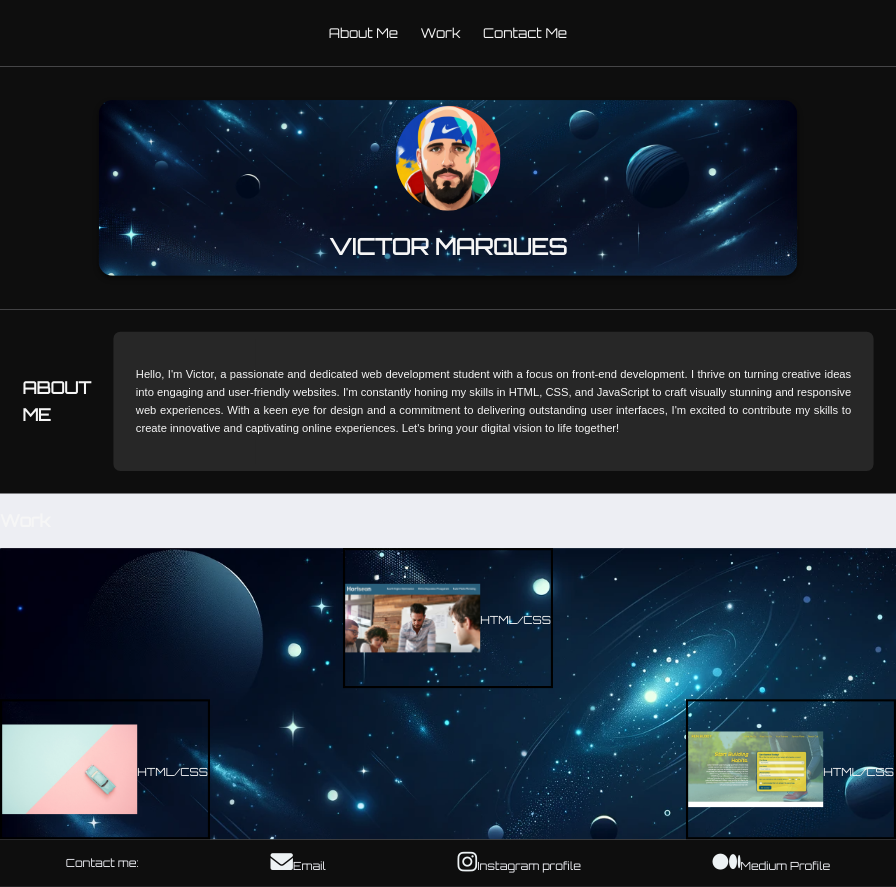
Repository: uvee35/Challenge2-Victor
Page: index.html
An editor plug-in stored every save of this project. The page is shown before and after the next save, followed by the edit.
The browser window is 1280 px wide. The pictures show the whole page, at 70% of full size.

Above is the page before, as saved 2023-12-12 22:31:56.

After the next save:
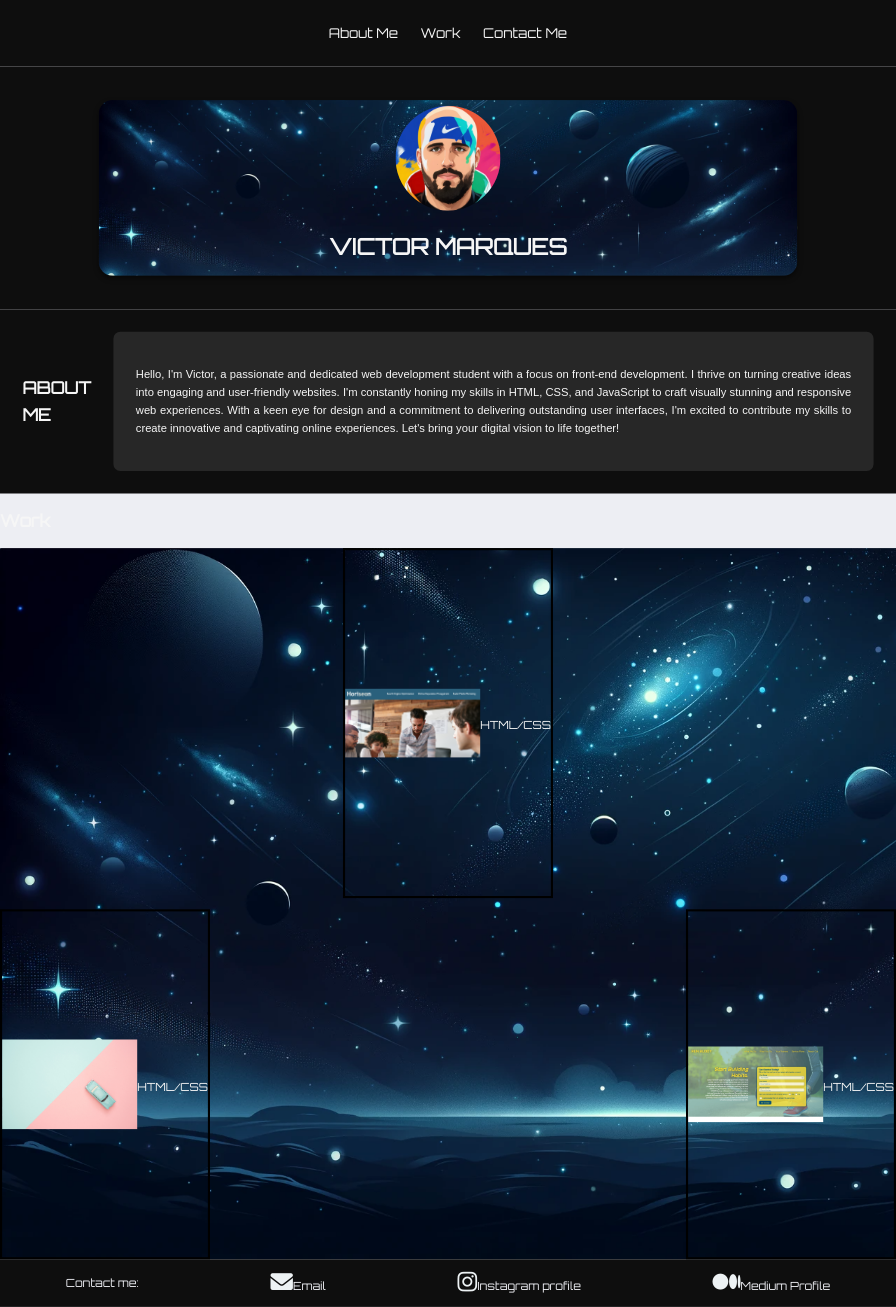
Saved 5 s later.
--- a/assets/style.css
+++ b/assets/style.css
@@ -154,7 +154,7 @@
   border: 3px solid black; /* Optional border */
   /* Set specific width and height as needed */
   width: 300px; /* Adjust to fit your layout */
-  height: 200px; /* Adjust to fit your layout */
+  height: 500px; /* Adjust to fit your layout */
 }
 
 .project img {
